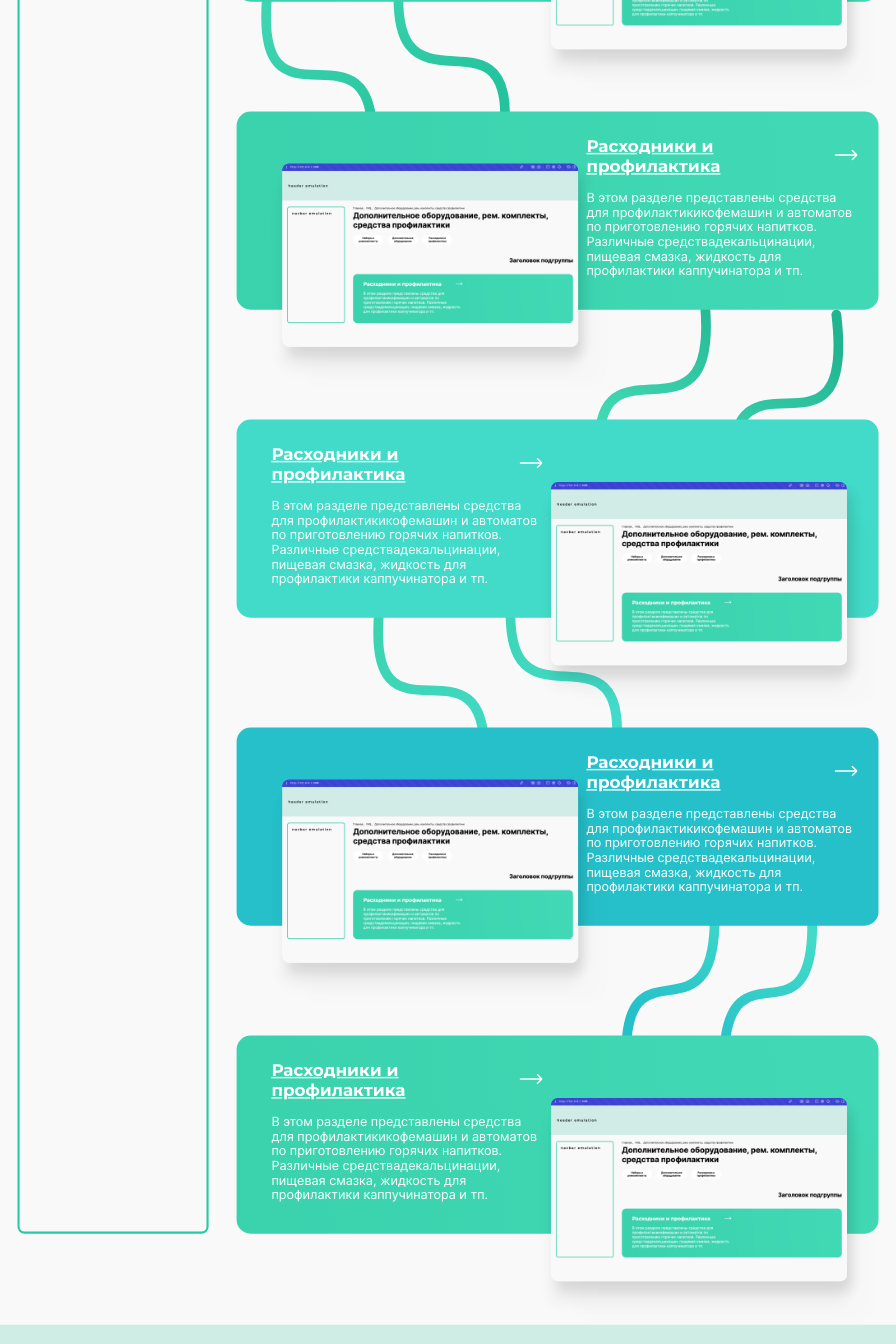
Repository: axonde/venpart-faq-pages
Page: index.html
An editor plug-in stored every save of this project. The page is shown before and after the next save, followed by the edit.
The browser window is 1280 px wide. The pictures show the part of the page from y = 599 to 2519 px (the page is 2635 px tall), at 70% of full size.

Above is the page before, as saved 2024-02-28 20:08:42.

After the next save:
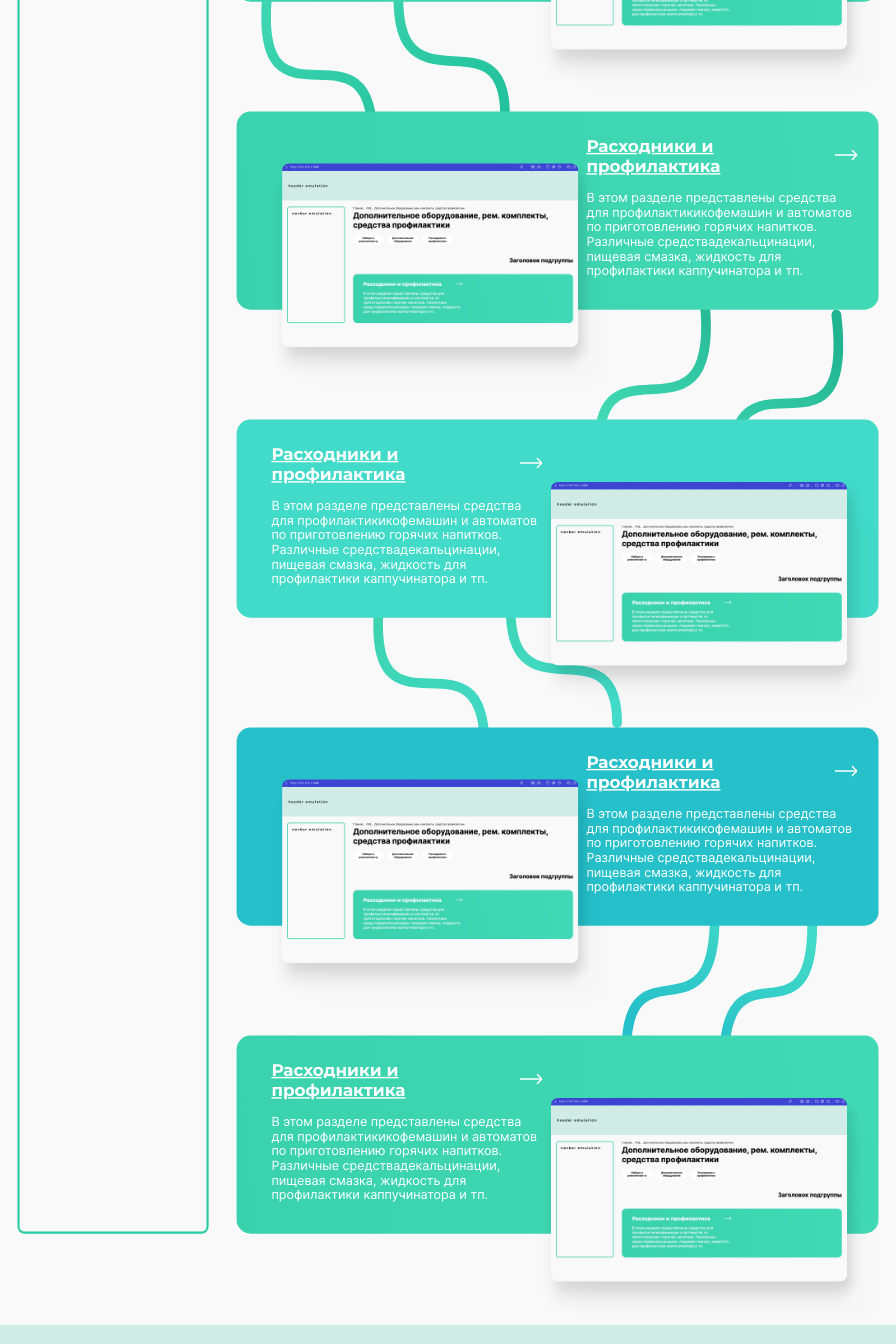
Saved 14 s later.
--- a/style.css
+++ b/style.css
@@ -583,6 +583,7 @@ scrollbar-width: none; /* Firefox */}
 	background: url('decorations/decoration-3.svg');
 	width: 356px;
 	height: 287px;
+	bottom: -190px;
 	/* top: 80%; */
 	left: 195px;}
 .faq__item:nth-child(4n)::after {
